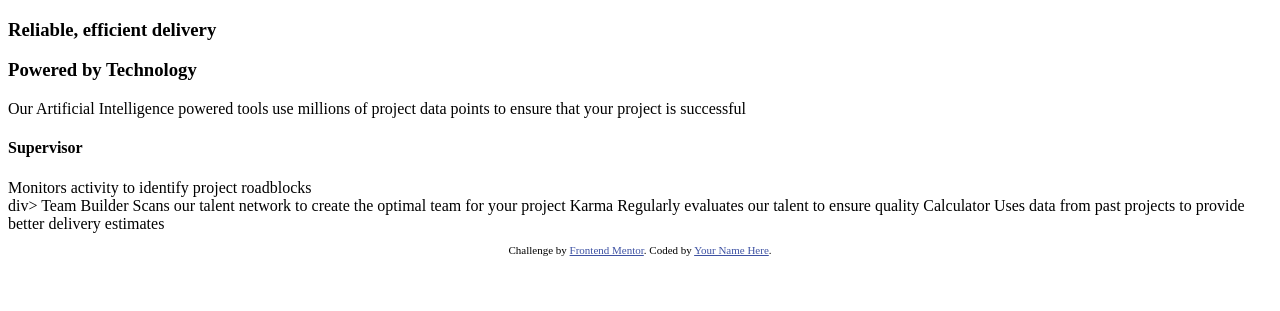
Repository: AngelaMwelu/four-card-page
Page: index.html
The author's editor kept a copy of each file at every save. The page is drawn from the files as they stood at one save, then again after a run of saves.
The browser window is 1280 px wide. The pictures show the whole page.

Above is the page before, as saved 2025-05-14 09:57:35.

### index.html
<!DOCTYPE html>
<html lang="en">
<head>
  <meta charset="UTF-8">
  <meta name="viewport" content="width=device-width, initial-scale=1.0"> <!-- displays site properly based on user's device -->

  <link rel="icon" type="image/png" sizes="32x32" href="./images/favicon-32x32.png">

  <title>Frontend Mentor | Four card feature section</title>

  <!-- Feel free to remove these styles or customise in your own stylesheet 👍 -->
  <style>
    .attribution { font-size: 11px; text-align: center; }
    .attribution a { color: hsl(228, 45%, 44%); }
  </style>
</head>
<body>
  <div class="Card">
    <div class="about">
      <h3>Reliable, efficient delivery</h3>
      <h3>Powered by Technology</h3>

      <p>Our Artificial Intelligence powered tools use millions of project data points
       to ensure that your project is successful</p>
    </div>

    <div class="Supervisor">
      <h4>Supervisor</h4>
  Monitors activity to identify project roadblocks
    </div>div>
  </h4>Team Builder</h4>
  Scans our talent network to create the optimal team for your project

  </h4>Karma</h4>
  Regularly evaluates our talent to ensure quality

  </h4>Calculator</h4>
  Uses data from past projects to provide better delivery estimates
  </div>

  <footer>
    <p class="attribution">
      Challenge by <a href="https://www.frontendmentor.io?ref=challenge" target="_blank">Frontend Mentor</a>.
      Coded by <a href="#">Your Name Here</a>.
    </p>
  </footer>
</body>
</html>

After the next 4 saves:
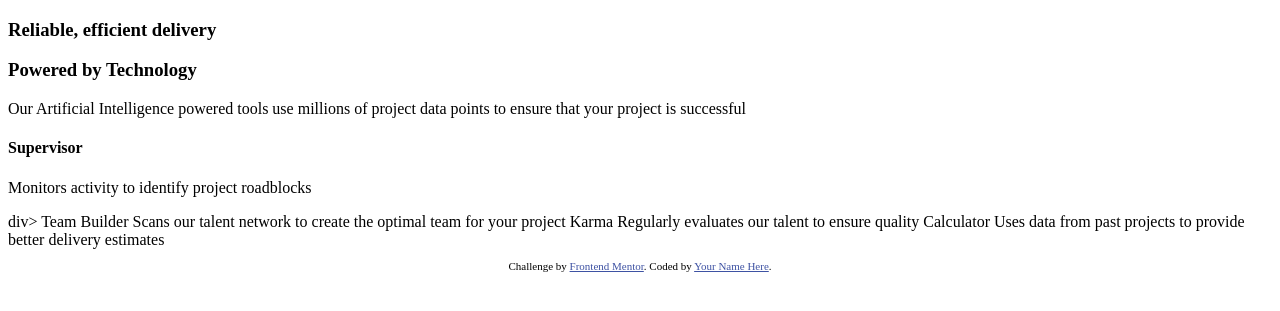
The 4 saves are shown as one change because they came seconds apart.
The last was saved 14 s later.
--- a/index.html
+++ b/index.html
@@ -26,7 +26,7 @@
 
     <div class="Supervisor">
       <h4>Supervisor</h4>
-  Monitors activity to identify project roadblocks
+      <p>Monitors activity to identify project roadblocks
     </div>div>
   </h4>Team Builder</h4>
   Scans our talent network to create the optimal team for your project
